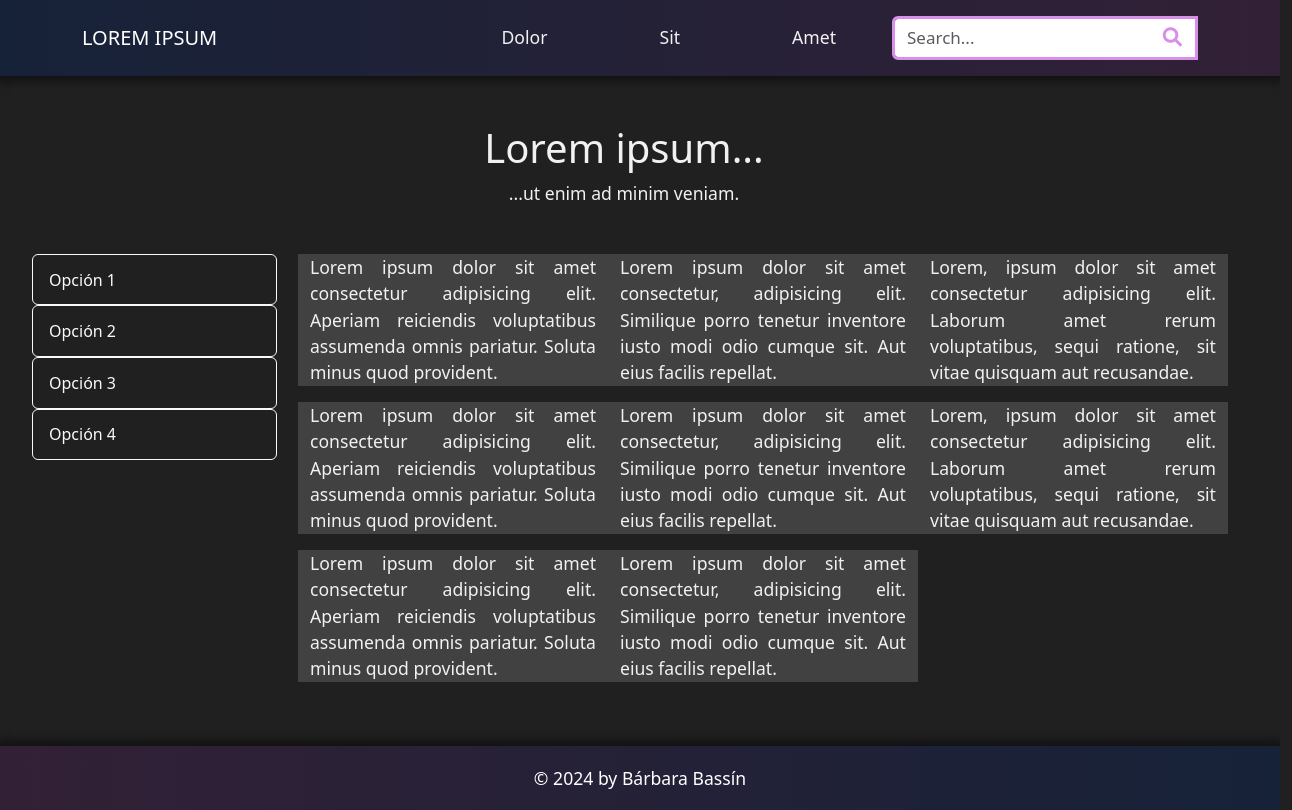
Repository: romancegirl/responsiveness
Page: index.html
These files come from the project's save history. The page is drawn as it stood at one moment and after the next save; the edit follows.
The browser window is 1280 px wide. The page is 1280 px wide, then 1292 px, so the pictures cover 1292 px, including what lies to the right of the window. The pictures show the whole page.

Above is the page before, as saved 2024-11-29 21:36:48.

### index.html
<!DOCTYPE html>
<html lang="en">

<head>
    <meta charset="UTF-8">
    <meta name="viewport" content="width=device-width, initial-scale=1.0">
    <title>Responsiveness - Bárbara Bassín</title>
    <link href="https://cdn.jsdelivr.net/npm/bootstrap@5.3.0/dist/css/bootstrap.min.css" rel="stylesheet">
    <link rel="stylesheet" href="https://cdnjs.cloudflare.com/ajax/libs/font-awesome/6.0.0-beta3/css/all.min.css">
    <link rel="stylesheet" href="css/header-and-footer.css">
    <link rel="stylesheet" href="css/styles.css">
</head>

<body>
    <!-- Header -->
    <header class="py-2">
        <div class="container d-flex align-items-center justify-content-between" id="profile">
            <h5 class="m-0">LOREM IPSUM</h5>
            <nav class="navbar navbar-expand-lg">
                <button class="navbar-toggler" type="button" data-bs-toggle="collapse" data-bs-target="#navbarNav"
                    aria-controls="navbarNav" aria-expanded="false" aria-label="Toggle navigation">
                    <i class="fas fa-bars"></i>
                </button>
                <div class="collapse navbar-collapse" id="navbarNav">
                    <ul class="navbar-nav">
                        <li class="nav-item"><a class="nav-link">Dolor</a></li>
                        <li class="nav-item"><a class="nav-link">Sit</a></li>
                        <li class="nav-item"><a class="nav-link">Amet</a></li>
                        <li class="nav-item dropdown d-lg-none">
                            <a class="nav-link dropdown-toggle" href="#" id="dropdownMenuButton" role="button"
                                data-bs-toggle="dropdown" aria-expanded="false">
                                Opciones
                            </a>
                            <ul class="dropdown-menu" aria-labelledby="dropdownMenuButton">
                                <li><button type="button" class="dropdown-item">Opción 1</button></li>
                                <li><button type="button" class="dropdown-item">Opción 2</button></li>
                                <li><button type="button" class="dropdown-item">Opción 3</button></li>
                                <li><button type="button" class="dropdown-item">Opción 4</button></li>
                            </ul>
                        </li>
                        <li>
                            <div class="search-container">
                                <form action="/action_page.php">
                                    <div class="input-group">
                                        <input type="text" class="form-control" placeholder="Search..." name="search">
                                        <button type="submit" class="btn">
                                            <i class="fa fa-search"></i>
                                        </button>
                                    </div>
                                </form>
                            </div>
                        </li>
                    </ul>
                </div>
            </nav>
        </div>
    </header>



    <!-- Main -->
    <main class="containerMain my-5">
        <div>
            <h1>Lorem ipsum...</h1>
            <div id="textCarousel" class="carousel slide" data-bs-ride="carousel" data-bs-interval="2000">
                <div class="carousel-inner">
                    <div class="carousel-item active">
                        <p>...olor sit amet, consectetur adipiscing elit...</p>
                    </div>
                    <div class="carousel-item">
                        <p>...sed do eiusmod tempor incididunt ut labore...</p>
                    </div>
                    <div class="carousel-item">
                        <p>...ut enim ad minim veniam.</p>
                    </div>
                </div>
            </div>
        </div>


        <div class="containerMain inside">
            <div class="row">
                <div class="col-lg-3 d-none d-lg-block" id="options">
                    <ul>
                        <li><button type="button" class="btn btn-outline-light">Opción 1</button></li>
                        <li><button type="button" class="btn btn-outline-light">Opción 2</button></li>
                        <li><button type="button" class="btn btn-outline-light">Opción 3</button></li>
                        <li><button type="button" class="btn btn-outline-light">Opción 4</button></li>
                    </ul>
                </div>
                <div class="col-lg-9 col-md-12" id="paragraphs">
                    <div class="row">
                        <div class="col-6 col-md-4 paragraph">Lorem ipsum dolor sit amet consectetur adipisicing elit.
                            Aperiam reiciendis voluptatibus assumenda omnis pariatur. Soluta minus quod provident.
                        </div>
                        <div class="col-6 col-md-4 paragraph">Lorem ipsum dolor sit amet consectetur, adipisicing elit.
                            Similique porro
                            tenetur inventore iusto modi odio cumque sit. Aut eius facilis repellat.</div>
                        <div class="col-6 col-md-4 paragraph">Lorem, ipsum dolor sit amet consectetur adipisicing elit.
                            Laborum
                            amet rerum
                            voluptatibus, sequi ratione, sit vitae quisquam aut recusandae.</div>
                        <div class="col-6 col-md-4 paragraph">Lorem ipsum dolor sit amet consectetur adipisicing elit.
                            Aperiam
                            reiciendis
                            voluptatibus assumenda omnis pariatur. Soluta minus quod provident.</div>
                        <div class="col-6 col-md-4 paragraph">Lorem ipsum dolor sit amet consectetur, adipisicing elit.
                            Similique porro
                            tenetur inventore iusto modi odio cumque sit. Aut eius facilis repellat.</div>
                        <div class="col-6 col-md-4 paragraph">Lorem, ipsum dolor sit amet consectetur adipisicing elit.
                            Laborum
                            amet rerum
                            voluptatibus, sequi ratione, sit vitae quisquam aut recusandae.</div>
                        <div class="col-6 col-md-4 paragraph">Lorem ipsum dolor sit amet consectetur adipisicing elit.
                            Aperiam
                            reiciendis
                            voluptatibus assumenda omnis pariatur. Soluta minus quod provident.</div>
                        <div class="col-6 col-md-4 paragraph">Lorem ipsum dolor sit amet consectetur, adipisicing elit.
                            Similique porro
                            tenetur inventore iusto modi odio cumque sit. Aut eius facilis repellat.</div>
                    </div>
                </div>
            </div>
        </div>
    </main>

    <!-- Footer -->
    <footer class="bg-dark text-center py-2">
        <div>&copy; 2024 by Bárbara Bassín</div>
    </footer>
    <script src="js/script.js"></script>
    <script src="https://cdn.jsdelivr.net/npm/bootstrap@5.3.0/dist/js/bootstrap.bundle.min.js"></script>
</body>

</html>

### css/header-and-footer.css
header {
    background: linear-gradient(to right, #162238, #322036);
    color: #fff;
    position: relative;
    box-shadow: 0 0 10px 5px rgba(0, 0, 0, 0.5);
}

main {
    min-height: 70vh;
    padding-bottom: 1rem;
    box-sizing: border-box;
}

a.nav-link {
    color: #f1f1f1;
}

a.nav-link:hover {
    color: #f6c7de;
    transition: color 0.3s, text-shadow 0.3s;
    transform: scale(1.05);
}

.search-container {
    display: flex;
    justify-content: center;
    align-items: center;
    position: relative;
}

.input-group .form-control {
    padding-right: 2.5rem;
    font-size: 17px;
    border: 0.2rem solid #d98fe9;
}

.input-group .btn {
    position: absolute;
    right: 1rem;
    top: 50%;
    transform: translateY(-50%);
    background-color: transparent;
    border: none;
    padding: 0;
    cursor: pointer;
}

.input-group .btn .fa-search {
    color: #d98fe9;
    font-size: 1.2rem;
}

.navbar-nav .nav-item {
    margin: 0 3rem 0 3rem;
}


/* navbar-toggle */

.navbar-toggler {
    border-color: #fff;
}

.navbar-toggler .fas {
    color: #fff;
    /* Cambia el color del ícono */
}

.navbar-collapse {
    justify-content: flex-end;
}

.navbar-toggler:hover {
    cursor: pointer;
}

.navbar-toggler:focus {
    outline: none;
    box-shadow: none;
}

@media (max-width: 995px) {

    .navbar-collapse {
        display: none;
        position: absolute;
        top: 119%;
        left: -190px;
        width: 100%;
        z-index: 999;
        flex-direction: column-reverse;
        align-items: center;
    }

    .navbar-collapse.show {
        display: flex;
    }

    .navbar {
        width: 60%;
    }

    .navbar-nav {
        background: linear-gradient(to right, #162238fd, #322036fd);
        color: #fff;
        padding: 1.5rem;
        border-radius: 0 0 50px 50px;
        font-weight: bold;
        text-align: center;
        box-shadow: 0 0 10px 5px rgba(0, 0, 0, 0.5);

    }

    .navbar-nav:hover {
        cursor: pointer;

    }

    a.nav-link:hover {
        color: #f6c7de;
        transition: color 0.3s, text-shadow 0.3s;
        transform: scale(1.05);
    }

    .navbar-nav .nav-item {
        margin: 10px 0;
    }

    .navbar a {
        float: none;
        display: block;
        text-align: center;
        width: 100%;
        margin: 0;
        padding: 0.5rem;
    }

    .navbar .search-container {
        float: none;
    }

    .navbar .search-container button {
        align-items: right;
    }

    .navbar input[type=text] {
        border-radius: 0.2rem;
        border: 0.2rem solid #d98fe9;
    }

}


@media (max-width: 768px) {

    .navbar-collapse {
        display: none;
        position: absolute;
        top: 119%;
        left: -140px;
        width: 100%;
        z-index: 999;
        flex-direction: column-reverse;
        align-items: center;
    }


}


footer {
    background: linear-gradient(to right, #322036, #162238);
    color: #fff;
    bottom: 0;
    min-height: 4rem;
    display: flex;
    justify-content: center;
    align-items: center;
    box-shadow: 0 0 10px 5px rgba(0, 0, 0, 0.5);
}

### css/styles.css
body {
    background-color: #202020;
    color: #f1f1f1;
    font-size: 110%;
}


.containerMain {
    padding: 0;
    margin: 0 2rem 0 0;
}

h1 {
    text-align: center;
}


h5 {
    margin: 0;
}

/* General */

#textCarousel {
    width: 40rem;
    margin: auto;
}

p {
    text-align: center;
}

.row {
    text-align: justify;
}

.paragraph {
margin-bottom: 1rem;
background-color: #414141;
}

.inside {
    margin-top: 2rem;
}

.btn-outline-light {
    padding: 0.8rem 10rem 0.8rem 1rem;
}

li {
    list-style: none;
}



/* Responsiveness */


@media screen and (max-width: 1400px) {

    .title-large,
    .title-x-small {
        display: none;
    }

    .title-small {
        display: block;
    }
}

@media screen and (max-width: 768px) {


    #textCarousel {
        max-width: 90%; /* Usa un tamaño relativo en lugar de fijo */
    }
}

### js/script.js
document.addEventListener('click', function(event) {
    var navbar = document.querySelector('.navbar-collapse');
    var toggler = document.querySelector('.navbar-toggler');

    // Si el menú está abierto y se hace clic fuera de él, lo cierra
    if (navbar.classList.contains('show') && !navbar.contains(event.target) && !toggler.contains(event.target)) {
        var bsCollapse = new bootstrap.Collapse(navbar, {
            toggle: false
        });
        bsCollapse.hide();
    }
});

After the next save:
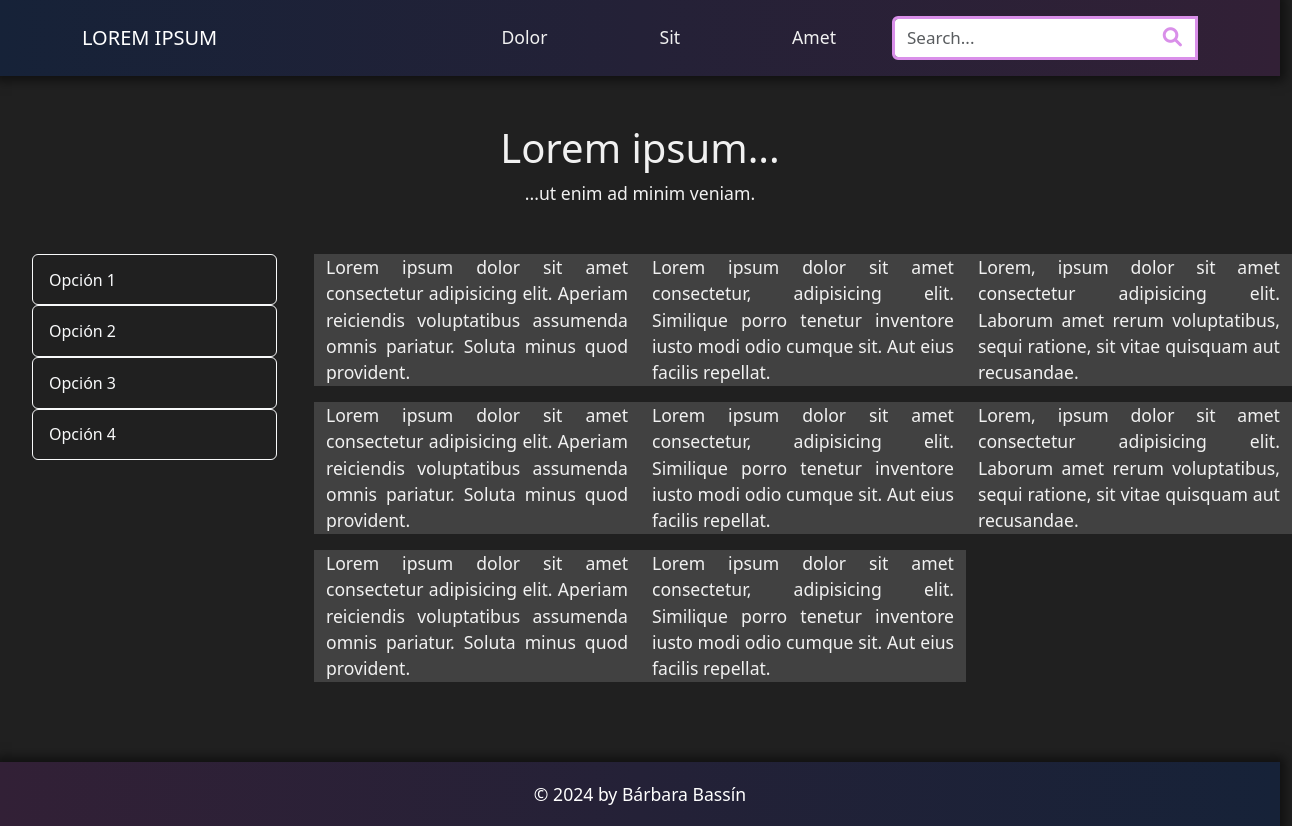
Saved 55 s later.
--- a/css/styles.css
+++ b/css/styles.css
@@ -4,11 +4,6 @@ body {
     font-size: 110%;
 }
 
-
-.containerMain {
-    padding: 0;
-    margin: 0 2rem 0 0;
-}
 
 h1 {
     text-align: center;
@@ -51,8 +46,6 @@ li {
     list-style: none;
 }
 
-
-
 /* Responsiveness */
 
 
